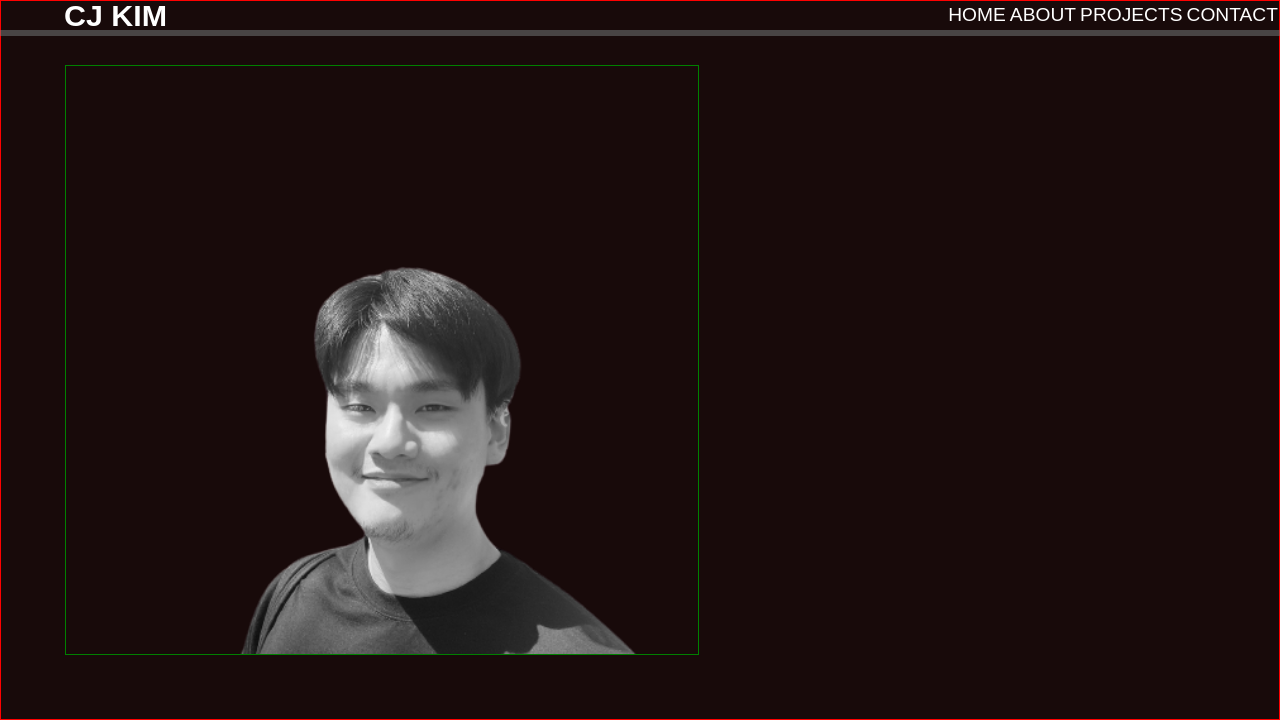
Repository: rlatlswo135/port
Page: /about
These files come from the project's save history. The page is drawn as it stood at one moment and after the next save; the edit follows.
The browser window is 1280 px wide. The pictures show the whole page.
The project was rebuilt for these pictures with package versions that can differ from the ones it lists, and the page was loaded fresh each time. Also part of the build but not shown: src/App.css, src/Pages/Start.jsx, src/Pages/Home.jsx, src/Pages/Contact.jsx, src/Components/Project.jsx, src/Pages/Port.jsx, src/Components/ProjectDetail.jsx.

Above is the page before, as saved 2022-04-07 03:19:46.

### src/index.js
import React from 'react';
import ReactDOM from 'react-dom';
import {createRoot} from 'react-dom/client'
import './index.css';
import App from './App';
import reportWebVitals from './reportWebVitals';

const container = document.getElementById('root')
const root = createRoot(container)

root.render(
  <React.StrictMode>
    <App />
  </React.StrictMode>,
);

// If you want to start measuring performance in your app, pass a function
// to log results (for example: reportWebVitals(console.log))
// or send to an analytics endpoint. Learn more: https://bit.ly/CRA-vitals
reportWebVitals();

### src/App.js
import './App.css';
import {createGlobalStyle} from 'styled-components'
import {BrowserRouter,Route,Routes} from 'react-router-dom'
import Start from './Pages/Start'
import Home from './Pages/Home'
import Contact from './Pages/Contact'
import Port from './Pages/Port'
import About from './Pages/About'
import ProjectDetail from './Components/ProjectDetail'
import {data} from './data'
const GlobalStyle = createGlobalStyle`
@import url('https://fonts.googleapis.com/css2?family=Source+Sans+Pro&display=swap');
  body{
    background-color:#180A0A;
    margin:0px;
    color:#F7F5F2;
    font-family: 'Source Sans Pro', sans-serif;
    transform: translate(0.02deg);
  }
  a{
    text-decoration: none;
    color:white;
  }
  div{
    margin: 0px;
    box-sizing: border-box;
  }
`
function App() {

  return (
    <>
      <GlobalStyle />
      <BrowserRouter>
        <Routes>
          <Route path='/' element={<Start/>} />
          <Route path='/home' element={<Home/>} />
          <Route path='/port' element={<Port/>} />
          <Route path='/port/:project' element={<ProjectDetail />} />
          <Route path='/contact' element={<Contact />} />
          <Route path='/about' element={<About />} />
        </Routes>
      </BrowserRouter>
    </>
  );
}

export default App;

### src/Pages/About.jsx
import React from 'react';
import Nav from '../Components/Nav'
import styled from 'styled-components'
import profile from '../profile1.png'
import profile2 from '../profile.png'
import profile3 from '../profile3.png'
import profile4 from '../profile4.png'

const Container = styled.div`
    height:100vh;
    max-height:100vh;
`
const AboutBox = styled.div`
    height:100%;
    display:flex;
    border:1px solid red;
    padding:5%;
`
const Img = styled.div`
    padding:5%;
    border:1px solid green;
    background-image: url(${profile3});
    background-size: cover;
    flex:1;
`
const Text = styled.div`
    flex:1;
`
const About = () => {
    return (
        <Container>
            <Nav />
            <AboutBox>
                <Img></Img>
                <Text></Text>
            </AboutBox>
        </Container>
    );
};

export default About;

### src/data.js
import ohJeju from './slideImg/ohJeju.png'
import umMarket from './slideImg/umMarket.png'
import coinTracker from './slideImg/coinTracker.png'

export const data = {
    2022:[
        {
            title:'Um-Market',
            content:`Redux이용, '재고관리'가 목적인 간단한 쇼핑몰`,
            img:umMarket,
            month:2,
            git:'https://github.com/rlatlswo135/UmMarket',
            type:'Solo',
            url:"https://rlatlswo135.github.io/"
        },
        {
            title:'Coin-Trackker',
            content:`API이용 간단한 Coin 시세 Tracker`,
            img:coinTracker,
            month:4,
            git:'https://github.com/rlatlswo135/coin-track',
            type:'Solo',
            url:"https://rlatlswo135.github.io/coin-track/"
        }
    ],
    2021:[
        {
            title:'Oh!-Jeju!',
            content:`socketIO를 이용, 채팅기능을 넣은 제주도 여행 플래너`,
            img:ohJeju,
            month:10,
            git:'https://github.com/codestates/Ohjeju',
            type:'Team',
            url:"https://oh-jeju.link/",
            notion:'https://www.notion.so/Ohjeju-ec1b7746c5eb4a14a219a184fd2427be'
        }
    ]
}

### src/Components/Nav.jsx
import React from 'react';
import styled from 'styled-components'
import {Link} from 'react-router-dom'

const Container = styled.div`
    display:flex;
    justify-content: space-between;
    align-items: center;
    height:5%;
    border-bottom: 6px solid rgba(121,127,127,0.5);
    width:100%;
    position: fixed;
    z-index:100;
`
const NavLeft = styled.div`
    font-size:1.9em;
    padding-left:5%;
    font-weight: 900;
`
const NavRight = styled.div`
    flex:0.3;
    display:flex;
    justify-content: space-around;
    font-size:1.2em;
    font-weight: 500;
`
const NavContent = styled.div`

`

const Nav = () => {
    return (
        <Container>
            <NavLeft>
                <Link to="/">
                    CJ KIM
                </Link>
            </NavLeft>
            <NavRight>
                <Link to='/home'>
                    <NavContent>HOME</NavContent>
                </Link>
                <Link to="/about">
                    <NavContent>ABOUT</NavContent>
                </Link>
                <Link to="/port">
                    <NavContent>PROJECTS</NavContent>
                </Link>
                <Link to="/contact">
                    <NavContent>CONTACT</NavContent>
                </Link>
            </NavRight>
        </Container>
    );
};

export default Nav;

Loaded but not shown: public/index.html (common file); src/index.css (common file); src/reportWebVitals.js (common file)

After the next save:
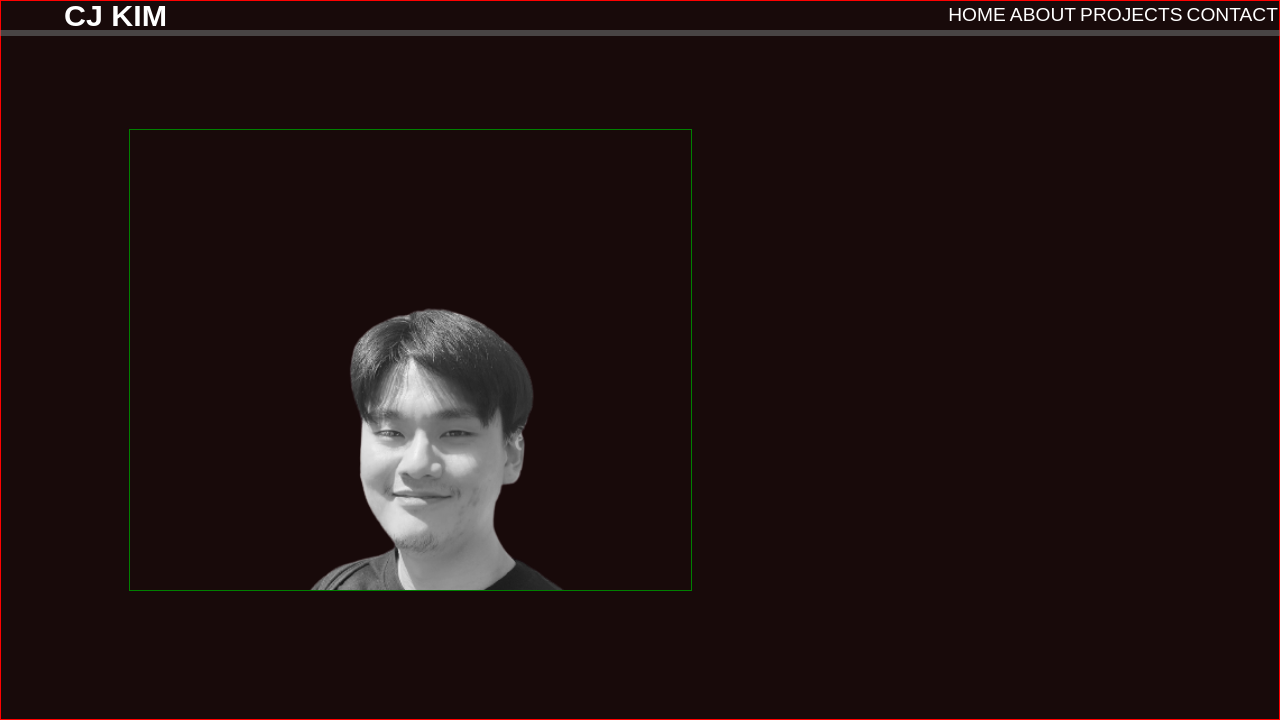
Saved 4 s later.
--- a/src/Pages/About.jsx
+++ b/src/Pages/About.jsx
@@ -14,7 +14,7 @@ const AboutBox = styled.div`
     height:100%;
     display:flex;
     border:1px solid red;
-    padding:5%;
+    padding:10%;
 `
 const Img = styled.div`
     padding:5%;
